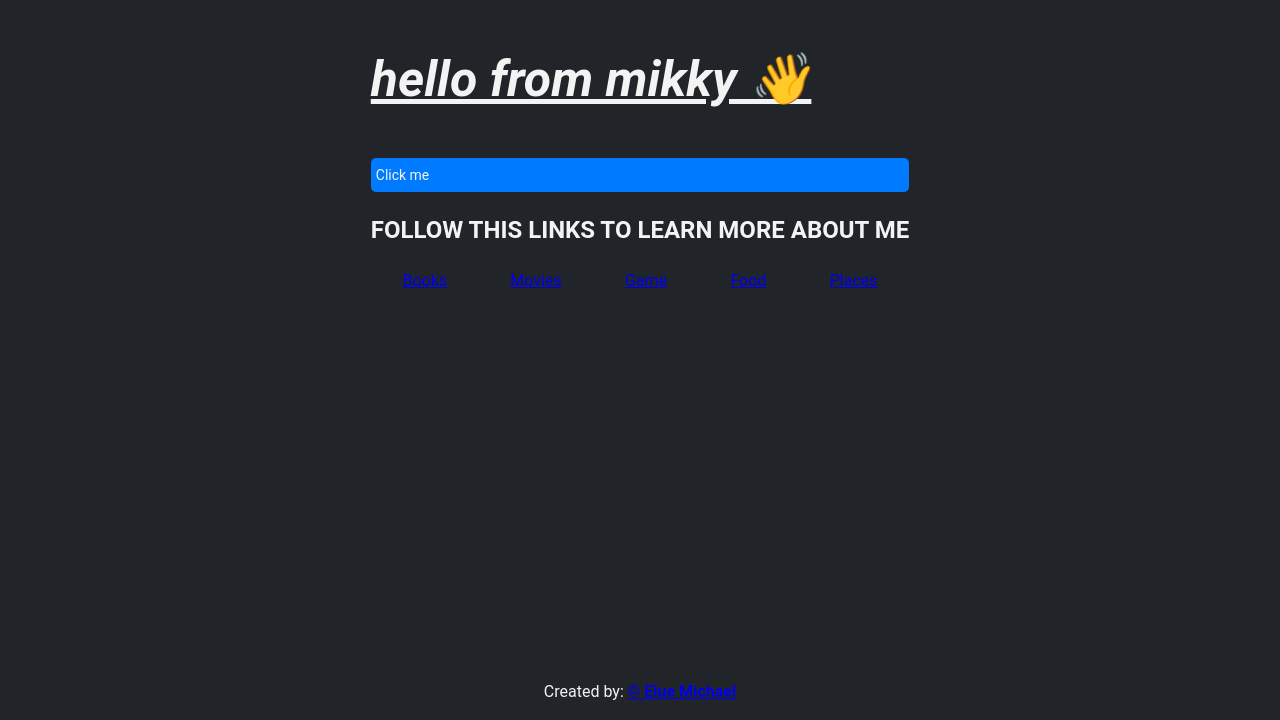
Repository: MikkyPrestige/html-website
Page: index.html
The author's editor kept a copy of each file at every save. The page is drawn from the files as they stood at one save, then again after the next save.
The browser window is 1280 px wide. The pictures show the whole page.

Above is the page before, as saved 2023-04-29 02:05:42.

After the next save:
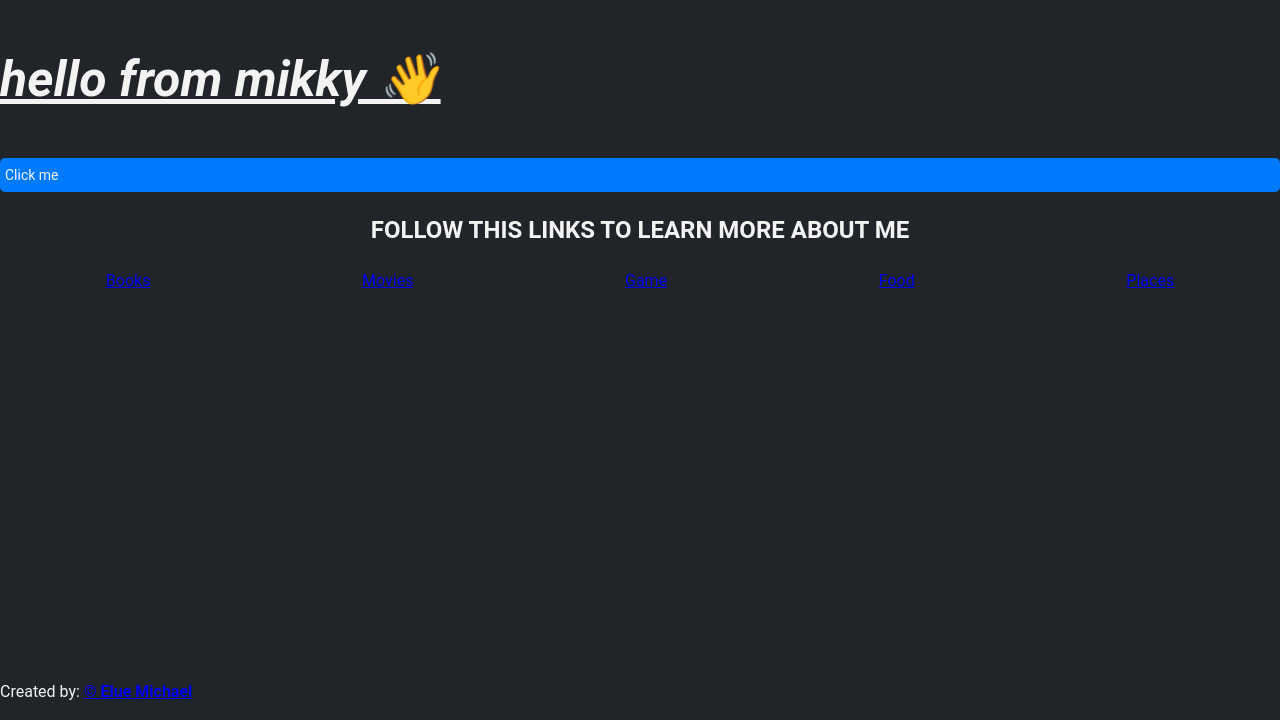
Saved 78 s later.
--- a/index.css
+++ b/index.css
@@ -16,7 +16,7 @@
     display: flex;
     flex-direction: column;
     justify-content: space-between;
-    align-items: center;
+    /* align-items: center; */
     height: 100%;
 }
 
@@ -25,6 +25,8 @@
     padding: 5px;
     border-radius: 5px;
     transition: all .15s ease-in-out;
+    border: none;
+    outline: none;
 }
 
 .btn:hover {

After the save that followed:
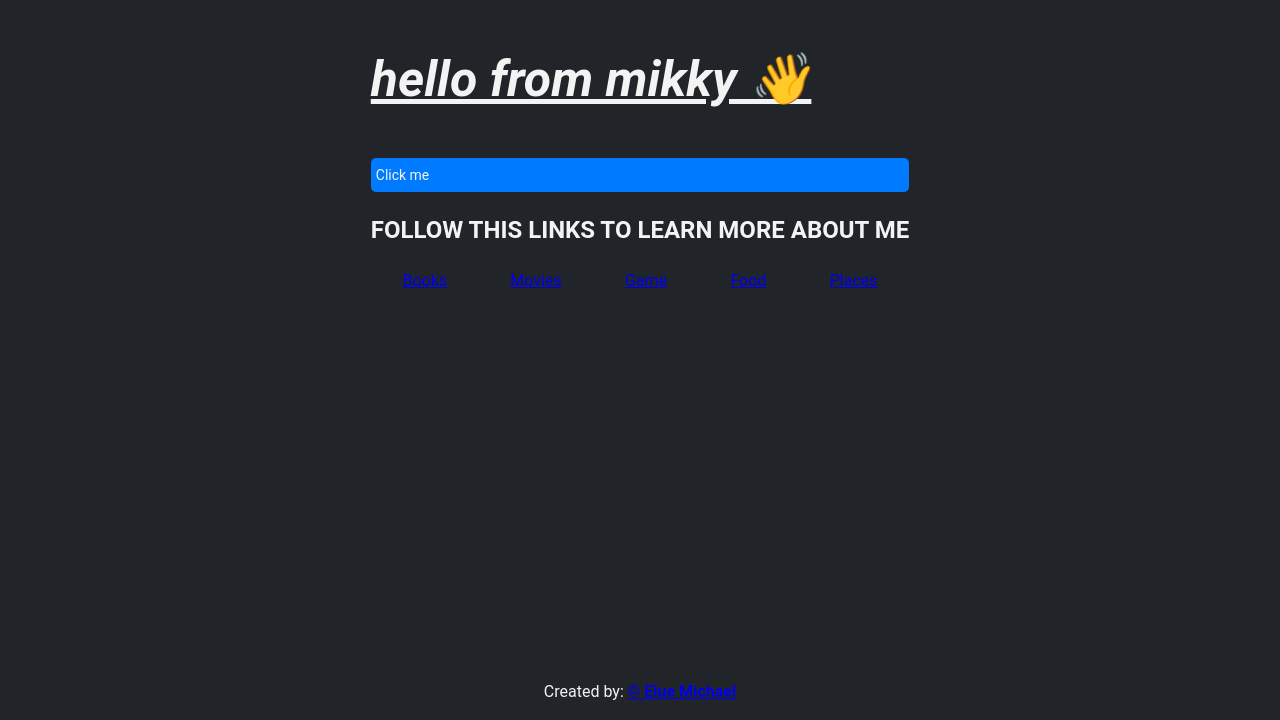
Saved 4 s later.
--- a/index.css
+++ b/index.css
@@ -16,7 +16,7 @@
     display: flex;
     flex-direction: column;
     justify-content: space-between;
-    /* align-items: center; */
+    align-items: center;
     height: 100%;
 }
 
